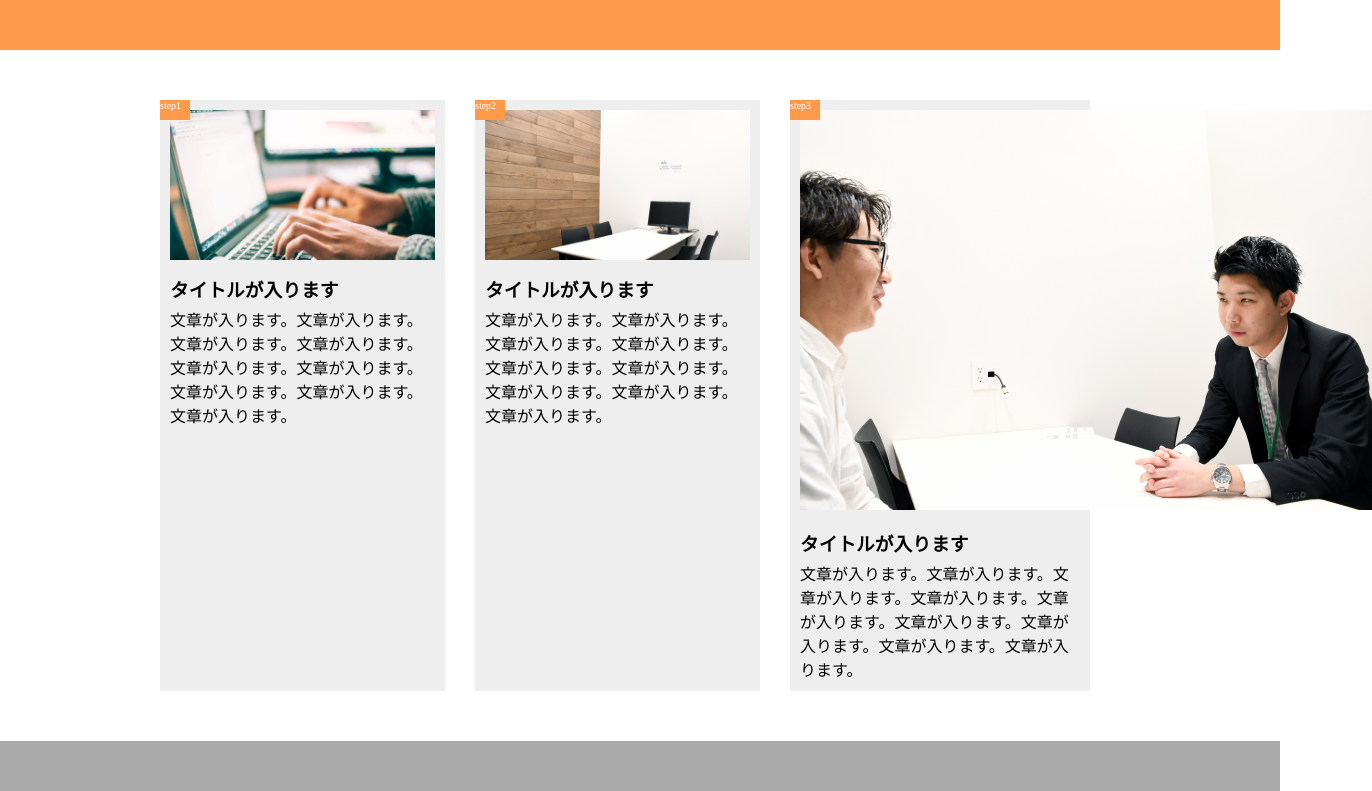
Repository: hira14t/git-practice
Page: kadai1/kadai1.html
The author's editor kept a record of every edit. The page is drawn from the files as they stood at one moment, then again after the next edit.
The browser window is 1280 px wide. The page is 1372 px wide, then 1280 px, so the pictures cover 1372 px, including what lies to the right of the window. The pictures show the whole page.

Above is the page before.

After the next edit:
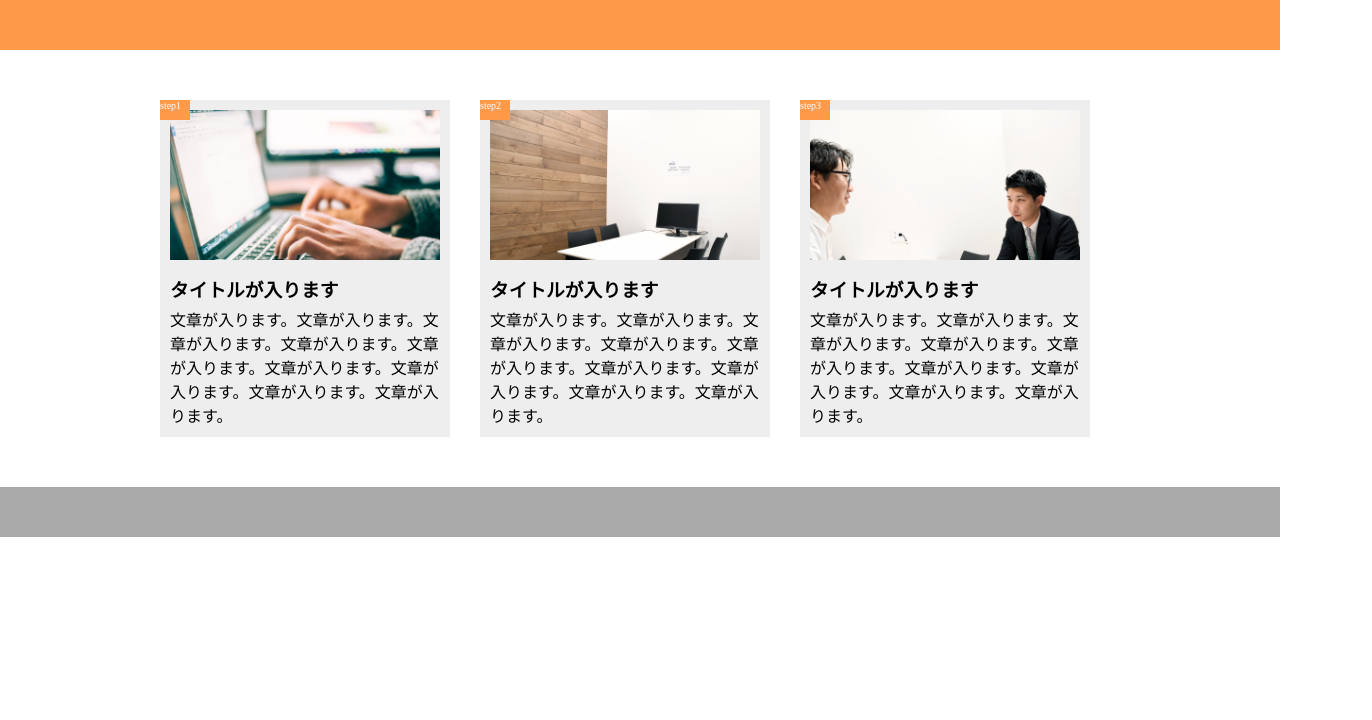
The edit:
--- a/kadai1/kadai1.html
+++ b/kadai1/kadai1.html
@@ -34,7 +34,7 @@
 
         <div class="item">
            <div class="category">step3</div>
-           <img class="image" src="img/flow03.png">
+           <div class="image3"></div>
            <h3 class="H3">タイトルが入ります</h3>
            <p>文章が入ります。文章が入ります。文章が入ります。文章が入ります。文章が入ります。文章が入ります。文章が入ります。文章が入ります。文章が入ります。</p>
          </div>
